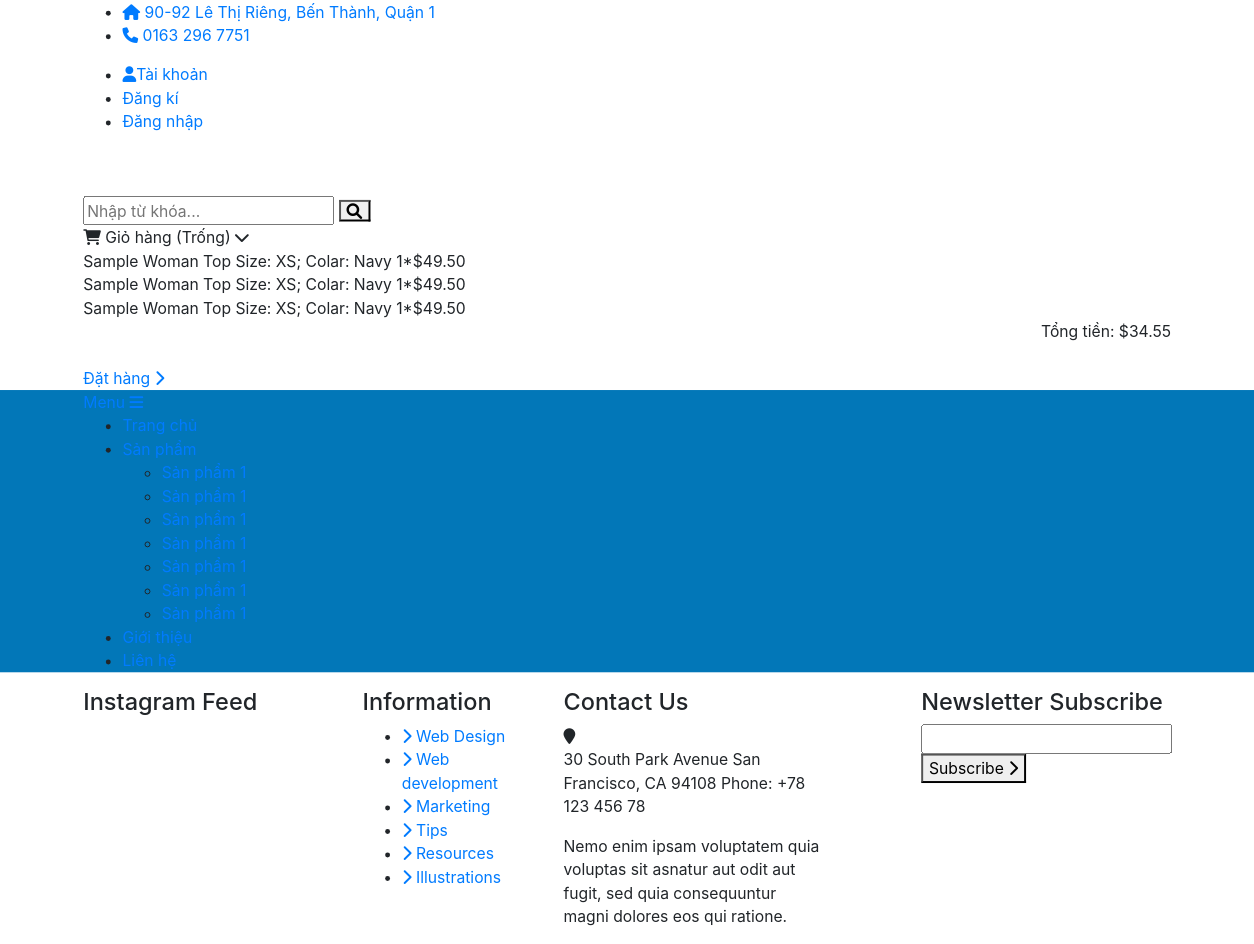
Repository: thidieu2005/Cake-Shop
Page: resources/views/layouts/master.blade.php
These files come from the project's save history. The page is drawn as it stood at one moment and after the next save; the edit follows.
The browser window is 1280 px wide. The pictures show the whole page, at 98% of full size.
The page is served by the project's Laravel application, run on PHP 8.4 with Laravel 10. The database holds what the project's SQL file puts in it. The template is opened directly, without the code that normally fills it, so the values that code supplies are empty.

Above is the page before, as saved 2025-03-13 08:24:40.

After the next save:
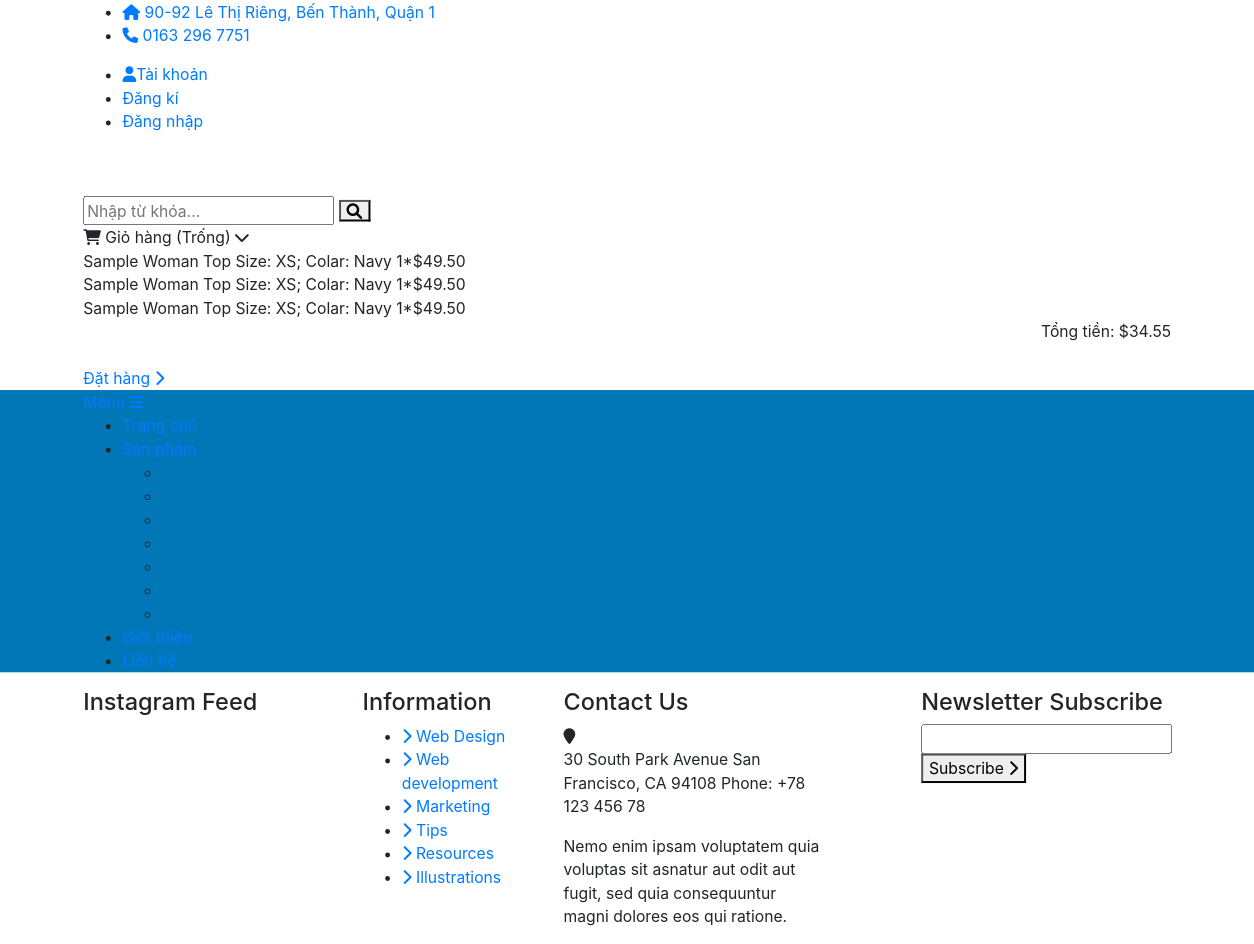
Saved 18 s later.
--- a/resources/views/commons/header.blade.php
+++ b/resources/views/commons/header.blade.php
@@ -94,7 +94,7 @@
 					<li><a href="#">Sản phẩm</a>
 						<ul class="sub-menu">
 							@foreach($loai_sp as $lsp)
-							<li><a href="product_type.html">Sản phẩm 1</a></li>
+							<li><a href="product_type.html"></a></li>
 							@endforeach
 						</ul>
 					</li>
